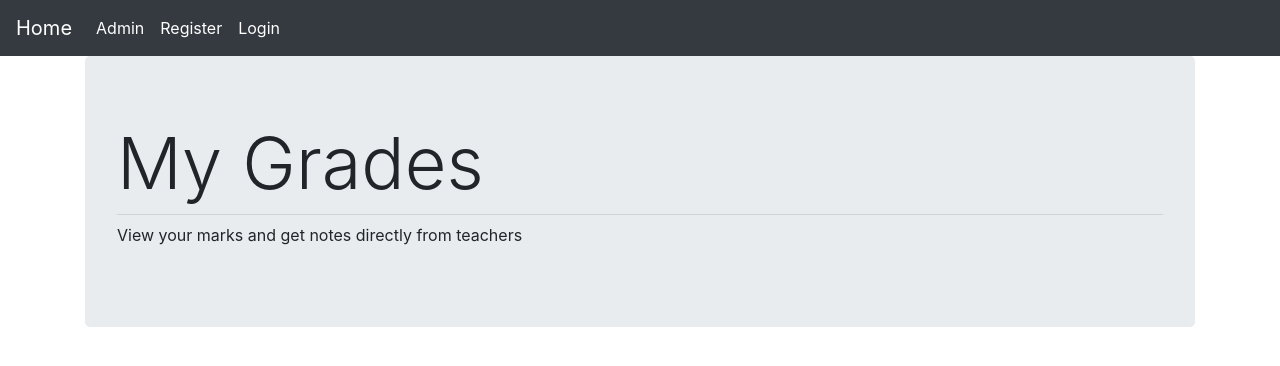
Repository: prabhat8701/nextgrowth_lab_task-main
Page: http://localhost/
These files come from the project's save history. The page is drawn as it stood at one moment and after the next save; the edit follows.
The browser window is 1280 px wide. The pictures show the whole page.
The page is served by the project's application, run on Django 4.2 (manage.py).

Above is the page before, as saved 2023-07-30 20:20:19.

After the next save:
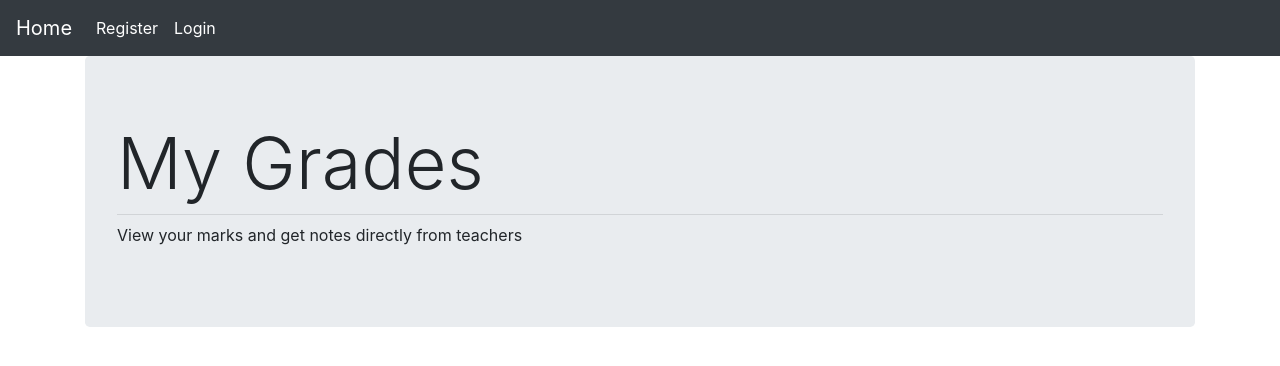
Saved 6 min 51 s later.
--- a/nextgrowAi/SET_2/next_project/templates/gradesApp/base.html
+++ b/nextgrowAi/SET_2/next_project/templates/gradesApp/base.html
@@ -15,7 +15,7 @@
         <div class="collapse navbar-collapse" id="collapsibleNavId">
             <ul class="navbar-nav mr-auto mt-2 mt-lg-0">
                 <li class="nav-item active">
-                    <a class="nav-link" href="{% url "admin:index" %}">Admin</a>
+                    <!-- <a class="nav-link" href="{% url "admin:index" %}">Admin</a> -->
                 </li>
                 <li class="nav-item active">
                     <a class="nav-link" href="{% url 'register' %}" role="button">Register</a>
